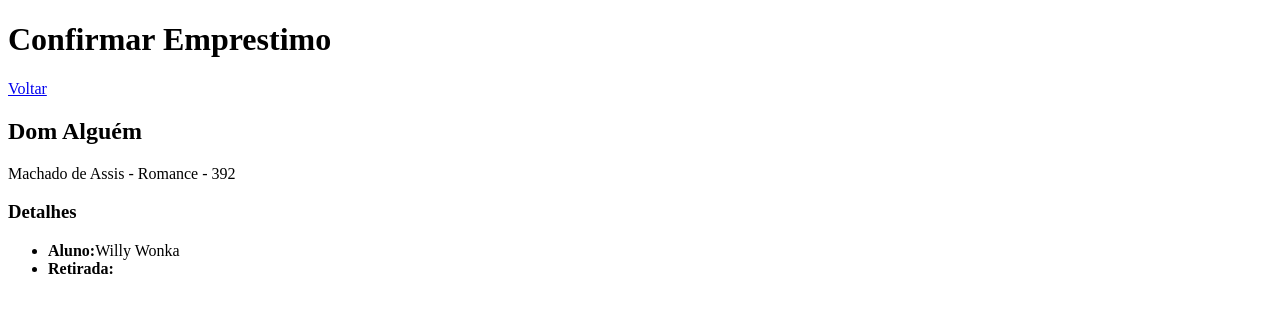
Repository: melloeduarda/html
Page: confirmar.html
An editor plug-in stored every save of this project. The page is shown before and after the next save, followed by the edit.
The browser window is 1280 px wide. The pictures show the whole page.

Above is the page before, as saved 2026-10-28 16:20:28.

### confirmar.html
<!DOCTYPE html>
<html lang="en">
<head>
    <meta charset="UTF-8">
    <meta name="viewport" content="width=device-width, initial-scale=1.0">
    <title>Confirmar Emprestimo</title>
</head>
<body>
    <header>
        <h1>Confirmar Emprestimo</h1>
        <a class="botao" href="buscar.html">Voltar</a>
    <header>

        <h2>Dom Alguém</h2>
        <p>Machado de Assis - Romance - 392</p>

        <h3>Detalhes</h3>
        <ul>
            <li><strong>Aluno:</strong>Willy Wonka</li>
            <li><strong>Retirada:</strong></li>
        </ul>
</body>
</html>

After the next save:
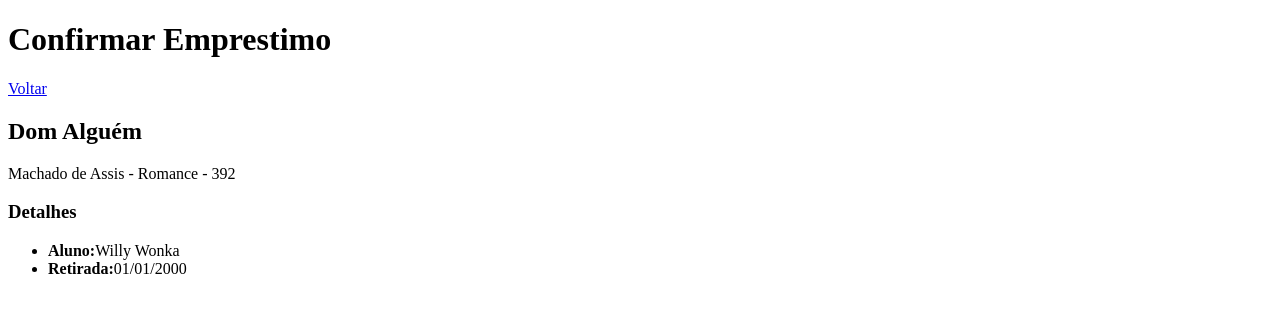
Saved 12 s later.
--- a/confirmar.html
+++ b/confirmar.html
@@ -17,7 +17,7 @@
         <h3>Detalhes</h3>
         <ul>
             <li><strong>Aluno:</strong>Willy Wonka</li>
-            <li><strong>Retirada:</strong></li>
+            <li><strong>Retirada:</strong>01/01/2000</li>
         </ul>
 </body>
 </html>
